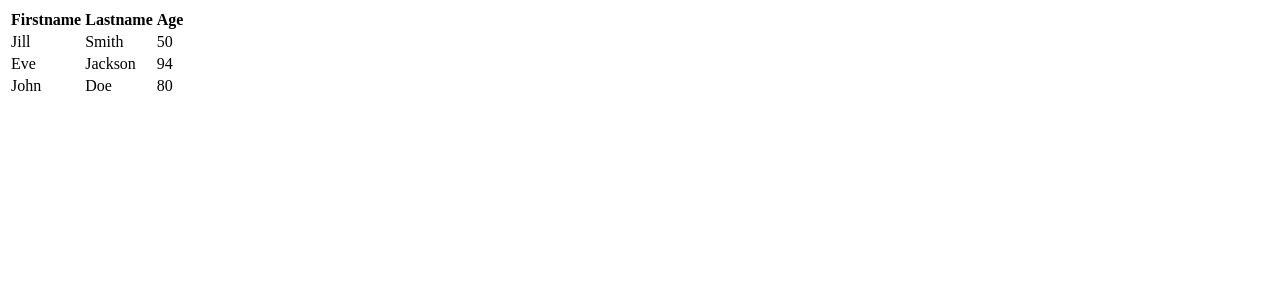
Repository: ahmetbugraozcan/css-ders-programi
Page: deneme.html
The author's editor kept a copy of each file at every save. The page is drawn from the files as they stood at one save, then again after the next save.
The browser window is 1280 px wide. The pictures show the whole page.

Above is the page before, as saved 2021-07-07 14:46:04.

After the next save:
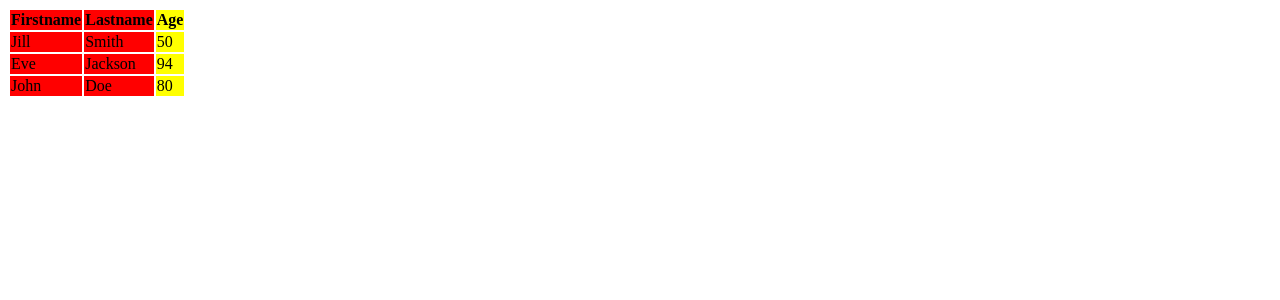
Saved 50 min 39 s later.
--- a/deneme.html
+++ b/deneme.html
@@ -1,6 +1,10 @@
 <html>
     <body>
         <table>
+            <colgroup>
+                <col span="2" style="background-color:red">
+                <col style="background-color:yellow">
+              </colgroup>
             <tr>
                 <th>Firstname</th>
                 <th>Lastname</th>

After the 3 saves that followed:
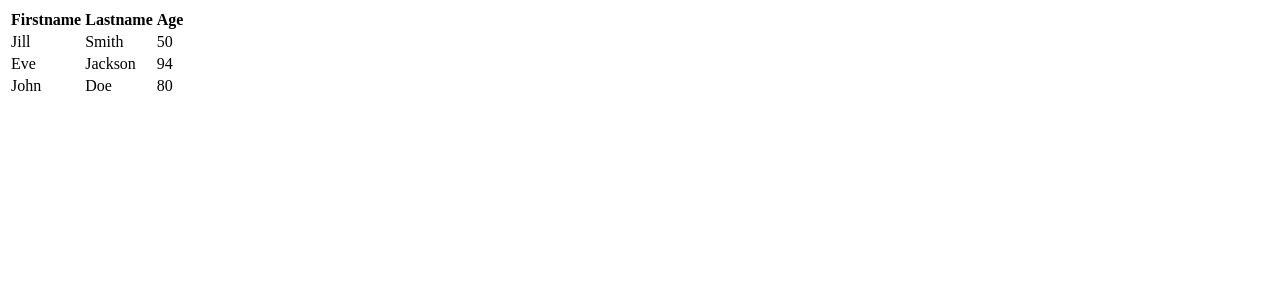
The 3 saves are shown as one change because they came seconds apart.
The last was saved 7 s later.
--- a/deneme.html
+++ b/deneme.html
@@ -1,10 +1,7 @@
 <html>
     <body>
         <table>
-            <colgroup>
-                <col span="2" style="background-color:red">
-                <col style="background-color:yellow">
-              </colgroup>
+
             <tr>
                 <th>Firstname</th>
                 <th>Lastname</th>
